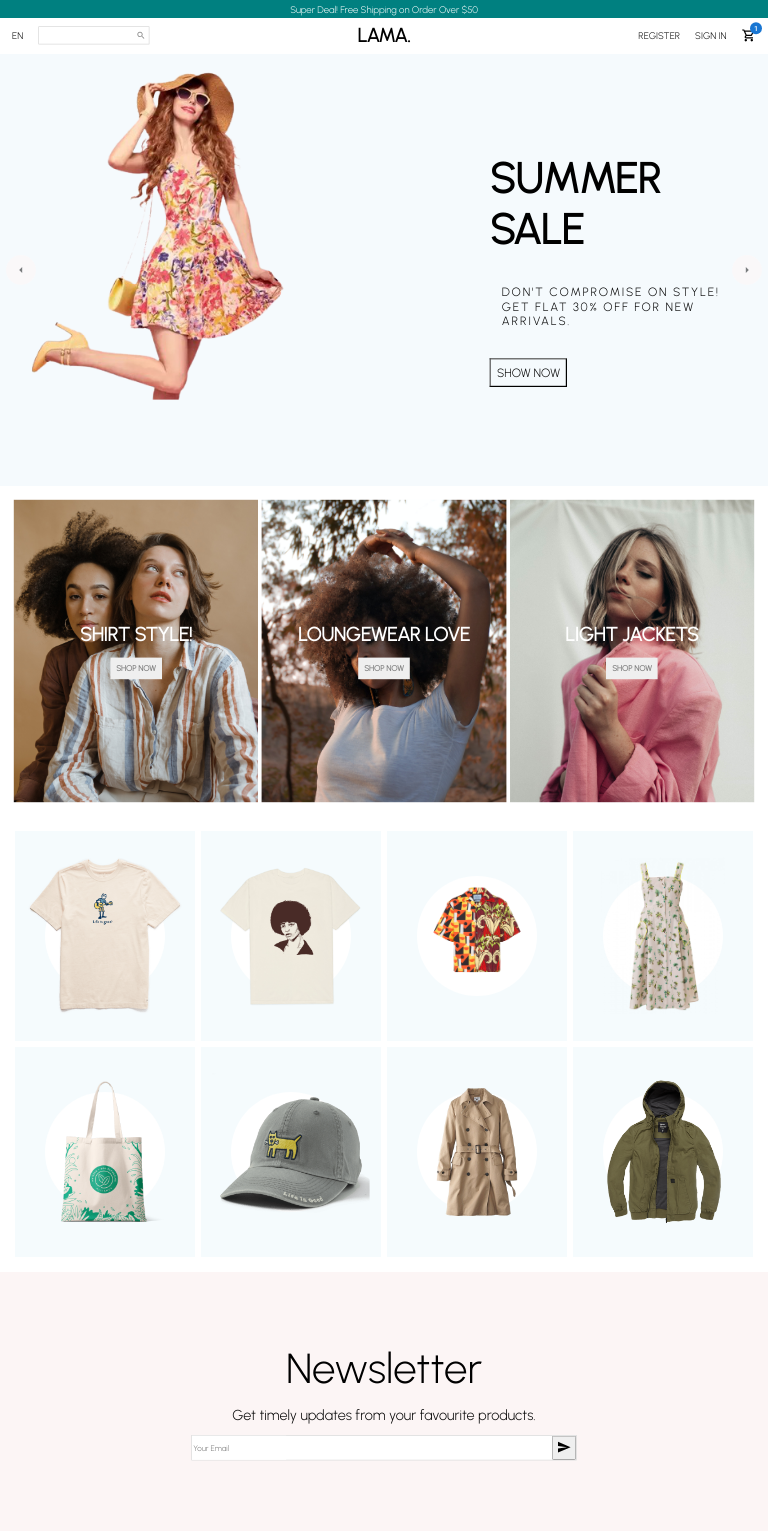
Repository: kmvaghela/ECOMMERCE
Page: /
The author's editor kept a copy of each file at every save. The page is drawn from the files as they stood at one save, then again after the next save.
The browser window is 1280 px wide. The pictures show the whole page, at 60% of full size.
The project was rebuilt for these pictures with package versions that can differ from the ones it lists, and the page was loaded fresh each time.

Above is the page before, as saved 2022-02-23 18:26:20.

### public/index.html
<!DOCTYPE html>
<html lang="en">

<head>
  <meta charset="utf-8" />
  <meta name="viewport" content="width=device-width, initial-scale=1" />
  <meta name="description" content="Web site created using create-react-app" />
  <link href="https://fonts.googleapis.com/css2?family=Urbanist:wght@100;200;300&display=swap" rel="stylesheet">
  <style>
    * {
      margin: 0;
      font-family: 'Urbanist', sans-serif;
    }
  </style>
  <title>React App</title>
</head>

<body>
  <noscript>You need to enable JavaScript to run this app.</noscript>
  <div id="root"></div>
</body>

</html>

### src/pages/Home.jsx
import React from "react";
import Announcement from "../components/Announcement";
import Categories from "../components/Categories";
import Navbar from "../components/Navbar";
import Products from "../components/Products";
import Slider from "../components/Slider";
import Newsletter from "../components/Newsletter";

const Home = () => {
  return (
    <div>
      <Announcement />
      <Navbar />
      <Slider />
      <Categories />
      <Products />
      <Newsletter />
    </div>
  );
};
export default Home;

### src/components/Announcement.jsx
import styled from "styled-components";

const Container = styled.div`
  height: 30px;
  background-color: teal;
  color: white;
  display: flex;
  align-items: center;
  justify-content: center;
  font-size: 14;
  font-weight: 500;
`;

const Announcement = () => {
  return (
    <Container>
      Super Deal! Free Shipping on Order Over $50
    </Container>
  );
};

export default Announcement;

### src/components/Categories.jsx
import styled from "styled-components";
import { categories } from "../data";
import CategoryItem from "./CategoryItem";

const Container = styled.div`
  display: flex;
  padding: 20px;
  justify-content: space-between;
`;

const Categories = () => {
  return (
    <Container>
      {categories.map((item) => (
        <CategoryItem item={item} key={item.id}/>
      ))}
    </Container>
  );
};

export default Categories;

### src/components/Navbar.jsx
import React from "react";
import styled from "styled-components";
import SearchOutlinedIcon from "@mui/icons-material/SearchOutlined";
import ShoppingCartOutlinedIcon from "@mui/icons-material/ShoppingCartOutlined";
import Badge from "@mui/material/Badge";

const Container = styled.div`
  height: 60px;
`;
const Wrapper = styled.div`
  padding: 10px 20px;
  display: flex;
  align-items: center;
  justify-content: space-between;
`;
const Left = styled.div`
  flex: 1;
  display: flex;
  align-items: center;
`;
const Language = styled.span`
  font-size: 14;
  cursor: pointer;
`;
const SearchContainer = styled.div`
  border: 0.5px solid lightgray;
  display: flex;
  align-items: center;
  margin-left: 25px;
  padding: 5px;
`;
const Input = styled.input`
  border: none;
`;

const Center = styled.div`
  flex: 2;
`;
const Logo = styled.h1`
  font-weight: bold;
  text-align: center;
`;

const Right = styled.div`
  flex: 1;
  display: flex;
  align-items: center;
  justify-content: flex-end;
`;
const MenuItem = styled.div`
  font-size: 14;
  cursor: pointer;
  margin-left: 25px;
`;

const Navbar = () => {
  return (
    <Container>
      <Wrapper>
        <Left>
          <Language>EN</Language>
          <SearchContainer>
            <Input />
            <SearchOutlinedIcon style={{color:"gray",fontSize:16}}/>
          </SearchContainer>
        </Left>
        <Center>
          <Logo>LAMA.</Logo>
        </Center>
        <Right>
          <MenuItem>REGISTER</MenuItem>
          <MenuItem>SIGN IN</MenuItem>
          <MenuItem>
            <Badge badgeContent={1} color="primary">
              <ShoppingCartOutlinedIcon />
            </Badge>
          </MenuItem>
        </Right>
      </Wrapper>
    </Container>
  );
};
export default Navbar;

### src/components/Products.jsx
import React from "react";
import styled from "styled-components";
import { popularProducts } from "../data";
import Product from "./Product";

const Container = styled.div`
  padding: 20px;
  display: flex;
  flex-wrap: wrap;
  justify-content: space-between;
`;

const Products = () => {
  return (
    <Container>
      {popularProducts.map((item) => (
        <Product item={item} key={item.id} />
      ))}
    </Container>
  );
};

export default Products;

### src/components/Slider.jsx
import React, { useState } from "react";
import styled from "styled-components";
import { ArrowLeftOutlined, ArrowRightOutlined } from "@mui/icons-material";
import { sliderItems } from "../data";
const Container = styled.div`
  width: 100%;
  height: 100vh;
  display: flex;
  position: relative;
  overflow: hidden;
`;
const Arrow = styled.div`
  width: 50px;
  height: 50px;
  background-color: #fff7f7;
  border-radius: 50%;
  display: flex;
  align-items: center;
  justify-content: center;
  position: absolute;
  top: 0;
  bottom: 0;
  left: ${(props) => props.direction === "left" && "10px"};
  right: ${(props) => props.direction === "right" && "10px"};
  margin: auto;
  cursor: pointer;
  opacity: 0.5;
  z-index: 2;
`;

const Wrapper = styled.div`
  height: 100%;
  display: flex;
  transform: translateX(${(props) => props.slideIndex * -100}vw);
  transition: all 1.5s ease;
`;

const Slide = styled.div`
  width: 100vw;
  height: 100vh;
  display: flex;
  align-items: center;
  background-color: ${(props) => props.bg};
`;
const ImgContainer = styled.div`
  height: 100%;
  flex: 1;
`;
const InfoContainer = styled.div`
  flex: 1;
  padding: 50px;
`;
const Image = styled.img`
  height: 80%;
`;

const Title = styled.h1`
  font-size: 70px;
`;
const Desc = styled.p`
  margin: 50px 20px;
  font-size: 20px;
  font-weight: 500;
  letter-spacing: 3px;
`;
const Button = styled.button`
  padding: 10px;
  font-size: 20px;
  background-color: transparent;
  cursor: pointer;
`;

const Slider = () => {
  const [slideIndex, setSlideIndex] = useState(0);
  const handleClick = (direction) => {
    if (direction === "left") {
      setSlideIndex(slideIndex > 0 ? slideIndex - 1 : 2);
    } else {
      setSlideIndex(slideIndex < 2 ? slideIndex + 1 : 0);
    }
  };
  return (
    <Container>
      <Arrow direction="left" onClick={() => handleClick("left")}>
        <ArrowLeftOutlined />
      </Arrow>
      <Wrapper slideIndex={slideIndex}>
        {sliderItems.map((item) => (
          <Slide bg={item.bg} key={item.id}>
            <ImgContainer>
              <Image src={item.img} alt="" />
            </ImgContainer>
            <InfoContainer>
              <Title>{item.title}</Title>
              <Desc>{item.desc}</Desc>
              <Button>SHOW NOW</Button>
            </InfoContainer>
          </Slide>
        ))}
      </Wrapper>
      <Arrow direction="right" onClick={() => handleClick("right")}>
        <ArrowRightOutlined />
      </Arrow>
    </Container>
  );
};

export default Slider;

### src/components/Newsletter.jsx
import React from "react";
import styled from "styled-components";
import SendIcon from "@mui/icons-material/Send";

const Container = styled.div`
  height: 60vh;
  background-color: #fcf5f5;
  display: flex;
  align-items: center;
  justify-content: center;
  flex-direction: column;
`;

const Title = styled.h1`
  font-size: 70px;
  margin-bottom: 20px;
  font-weight: 300;
`;

const Description = styled.div`
  font-size: 24px;
  margin-bottom: 20px;
`;

const InputContainer = styled.div`
  width: 50%;
  height: 40px;
  background-color: white;
  display: flex;
  justify-content: space-between;
  border: 1px solid lightgray;
`;

const Input = styled.input`
  border: none;
`;

const Button = styled.button``;

const Newsletter = () => {
  return (
    <Container>
      <Title>Newsletter</Title>
      <Description>
        Get timely updates from your favourite products.
      </Description>
      <InputContainer>
        <Input placeholder="Your Email" />
        <Button>
          <SendIcon />
        </Button>
      </InputContainer>
    </Container>
  );
};

export default Newsletter;

### src/data.js
import img1 from "./assets/1.png";
import img2 from "./assets/2.png";
import img3 from "./assets/3.png";
import caterogryImg1 from "./assets/category-item-images/1.jpg";
import caterogryImg2 from "./assets/category-item-images/2.jpg";
import caterogryImg3 from "./assets/category-item-images/3.jpg";
import ProductImg1 from "./assets/product-images/1.png";
import ProductImg2 from "./assets/product-images/2.png";
import ProductImg3 from "./assets/product-images/3.png";
import ProductImg4 from "./assets/product-images/4.png";
import ProductImg5 from "./assets/product-images/5.png";
import ProductImg6 from "./assets/product-images/6.png";
import ProductImg7 from "./assets/product-images/7.png";
import ProductImg8 from "./assets/product-images/8.png";

export const sliderItems = [
    {
        id: 1,
        img: img1,
        title: "SUMMER SALE",
        desc: "DON'T COMPROMISE ON STYLE! GET FLAT 30% OFF FOR NEW ARRIVALS.",
        bg: "#f5fafd",
    },
    {
        id: 2,
        img: img2,
        title: "AUTUMN COLLECTION",
        desc: "DON'T COMPROMISE ON STYLE! GET FLAT 30% OFF FOR NEW ARRIVALS.",
        bg: "#fcf1ed",
    },
    {
        id: 3,
        img: img3,
        title: "LOUNGEWEAR LOVE",
        desc: "DON'T COMPROMISE ON STYLE! GET FLAT 30% OFF FOR NEW ARRIVALS.",
        bg: "#fbf0f4",
    }
];

export const categories = [
    {
        id: 1,
        img: caterogryImg1,
        title: "SHIRT STYLE!",
    },
    {
        id: 2,
        img: caterogryImg2,
        title: "LOUNGEWEAR LOVE",
    },
    {
        id: 3,
        img: caterogryImg3,
        title: "LIGHT JACKETS",
    }
];

export const popularProducts = [
    {
        id: 1,
        img: ProductImg1,
    },
    {
        id: 2,
        img: ProductImg2,
    },
    {
        id: 3,
        img: ProductImg3,
    },
    {
        id: 4,
        img: ProductImg4,
    },
    {
        id: 5,
        img: ProductImg5,
    },
    {
        id: 6,
        img: ProductImg6,
    },
    {
        id: 7,
        img: ProductImg7,
    },
    {
        id: 8,
        img: ProductImg8,
    },

]

### src/components/CategoryItem.jsx
import React from "react";
import styled from "styled-components";

const Container = styled.div`
  flex: 1;
  margin: 3px;
  height: 70vh;
  position: relative;
`;

const Image = styled.img`
  width: 100%;
  height: 100%;
  object-fit: cover;
  background-color: coral;
`;
const Info = styled.div`
  position: absolute;
  top: 0;
  left: 0;
  width: 100%;
  height: 100%;
  display: flex;
  align-items: center;
  justify-content: center;
  flex-direction: column;
`;
const Title = styled.h1`
  color: white;
  margin-bottom: 20px;
`;
const Button = styled.button`
  border: none;
  padding: 10px;
  color: gray;
  cursor: pointer;
  font-weight: 600;
`;

const CategoryItem = ({ item }) => {
  return (
    <Container key={item.id}>
      <Image src={item.img} alt="not  found" />
      <Info>
        <Title>{item.title}</Title>
        <Button>SHOP NOW</Button>
      </Info>
    </Container>
  );
};

export default CategoryItem;

### src/components/Product.jsx
import React from "react";
import styled from "styled-components";
import ShoppingCartOutlined from "@mui/icons-material/ShoppingCartOutlined";
import SearchOutlined from "@mui/icons-material/SearchOutlined";
import FavoriteBorderOutlined from "@mui/icons-material/FavoriteBorderOutlined";

const Info = styled.div`
  width: 100%;
  height: 100%;
  position: absolute;
  top: 0;
  left: 0;
  z-index: 3;
  display: flex;
  align-items: center;
  justify-content: center;
  background-color: rgba(0, 0, 0, 0.2);
  opacity: 0;
  transition: all 0.5s ease;
  cursor: pointer;
`;

const Container = styled.div`
  flex: 1;
  margin: 5px;
  min-width: 280px;
  height: 350px;
  display: flex;
  align-items: center;
  justify-content: center;
  background-color: #f5fbfd;
  position: relative;

  &:hover ${Info} {
    opacity: 1;
  }
`;

const Circle = styled.div`
  background-color: white;
  width: 200px;
  height: 200px;
  border-radius: 50%;
  position: absolute;
`;

const Image = styled.img`
  height: 75%;
  z-index: 2;
`;

const Icon = styled.div`
  height: 40px;
  width: 40px;
  background-color: white;
  border-radius: 50%;
  display: flex;
  align-items: center;
  justify-content: center;
  margin: 10px;
  transition: all 0.5s ease;

  &:hover {
    background-color: #e9f5f5;
    transform: scale(1.1);
  }
`;

const Product = ({ item }) => {
  return (
    <Container>
      <Circle />
      <Image src={item.img} alt="" />
      <Info>
        <Icon>
          <ShoppingCartOutlined />
        </Icon>
        <Icon>
          <SearchOutlined />
        </Icon>
        <Icon>
          <FavoriteBorderOutlined />
        </Icon>
      </Info>
    </Container>
  );
};

export default Product;

Loaded but not shown: src/index.js (common file); src/App.jsx (common file)

After the next save:
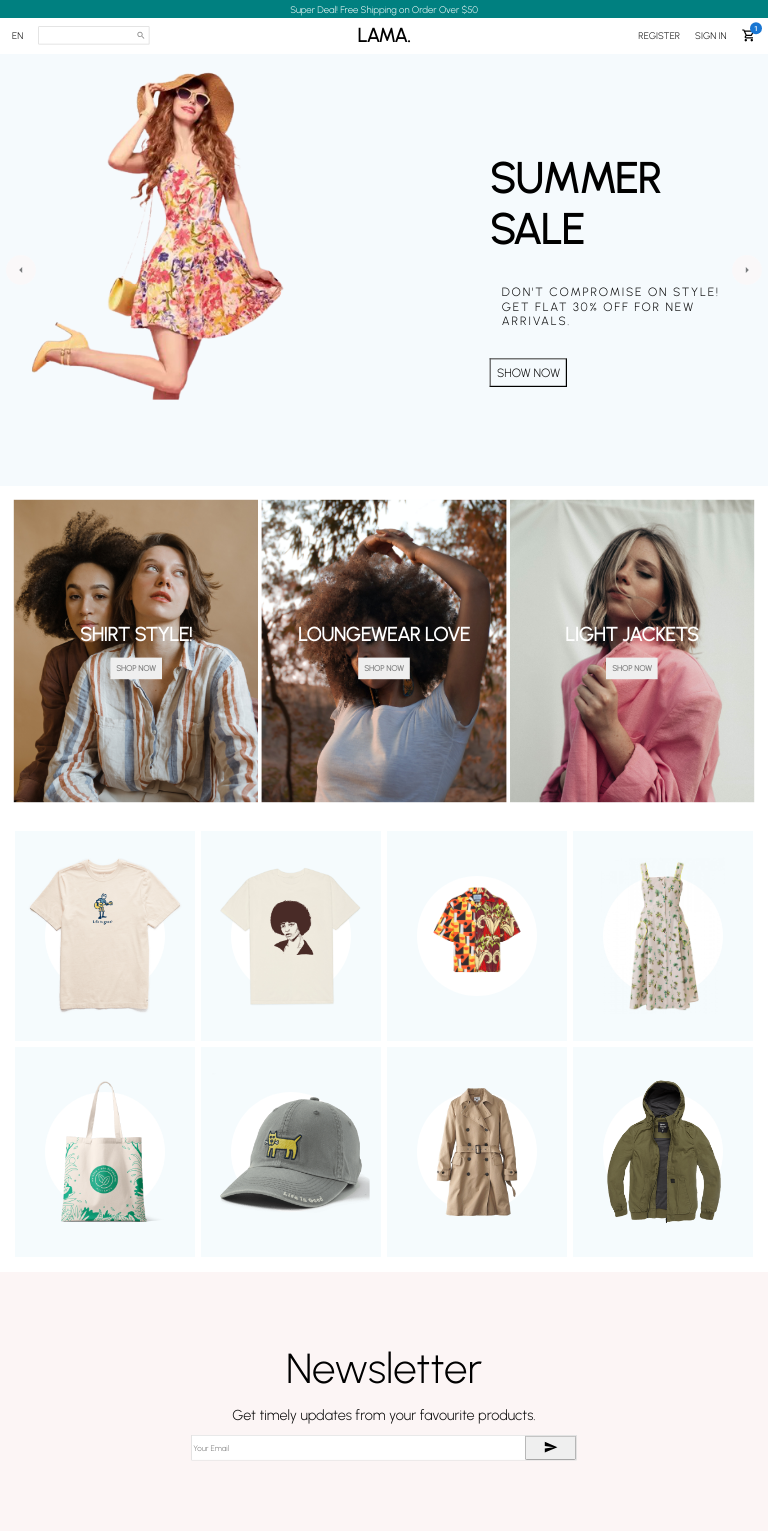
Saved 65 s later.
--- a/src/components/Newsletter.jsx
+++ b/src/components/Newsletter.jsx
@@ -33,9 +33,12 @@
 
 const Input = styled.input`
   border: none;
+  flex: 8;
 `;
 
-const Button = styled.button``;
+const Button = styled.button`
+  flex: 1;
+`;
 
 const Newsletter = () => {
   return (
